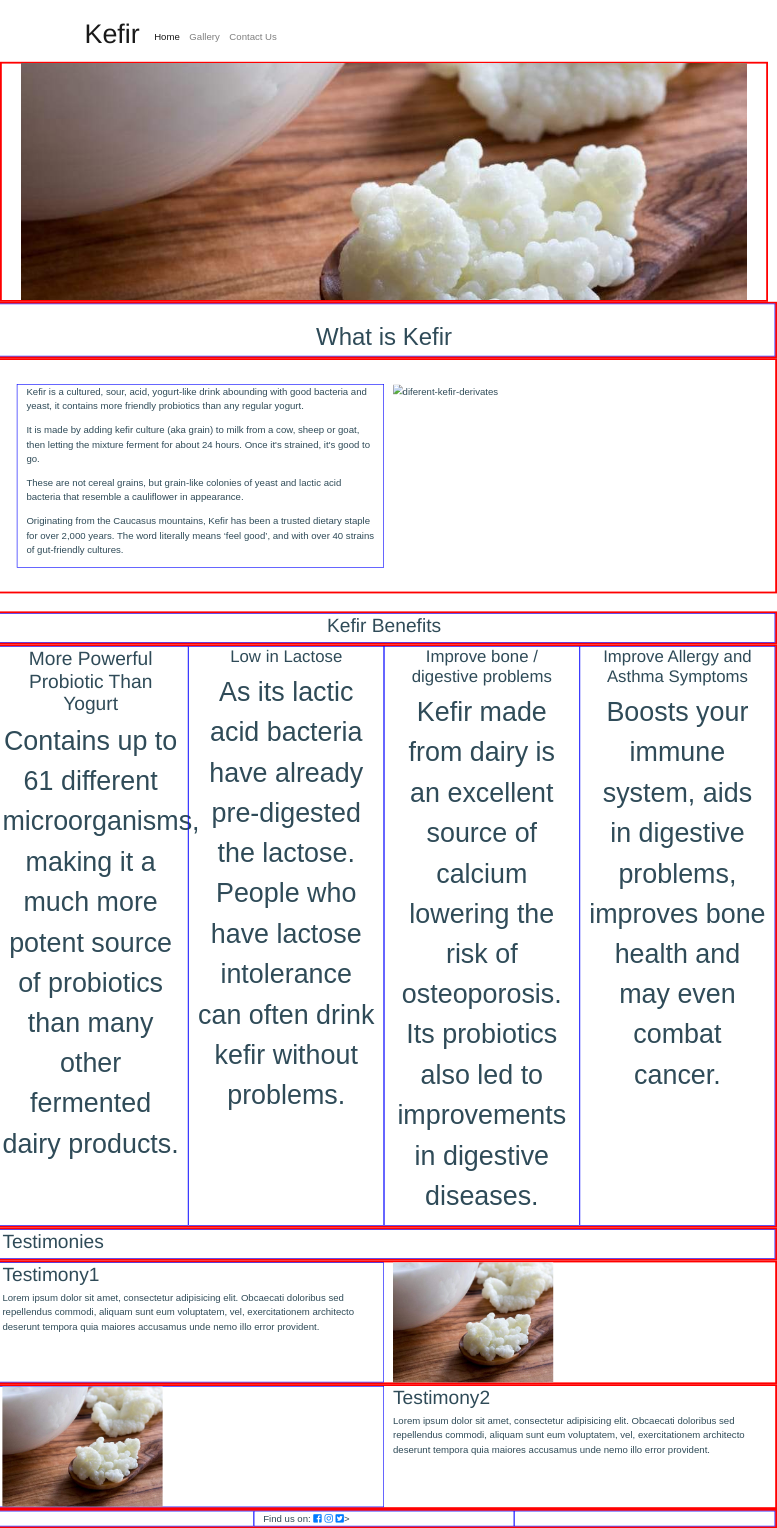
Repository: Code-Institute-Submissions/andna5980-kefir-repo_JuneResub
Page: index.html
An editor plug-in stored every save of this project. The page is shown before and after the next save, followed by the edit.
The browser window is 1280 px wide. The page is 1295 px wide, so the pictures cover 1295 px, including what lies to the right of the window. The pictures show the whole page, at 60% of full size.
Some web fonts or font styles are not loaded; a fallback is used. Some web libraries are served in a nearby version.

Above is the page before, as saved 2021-03-01 20:50:02.

After the next save:
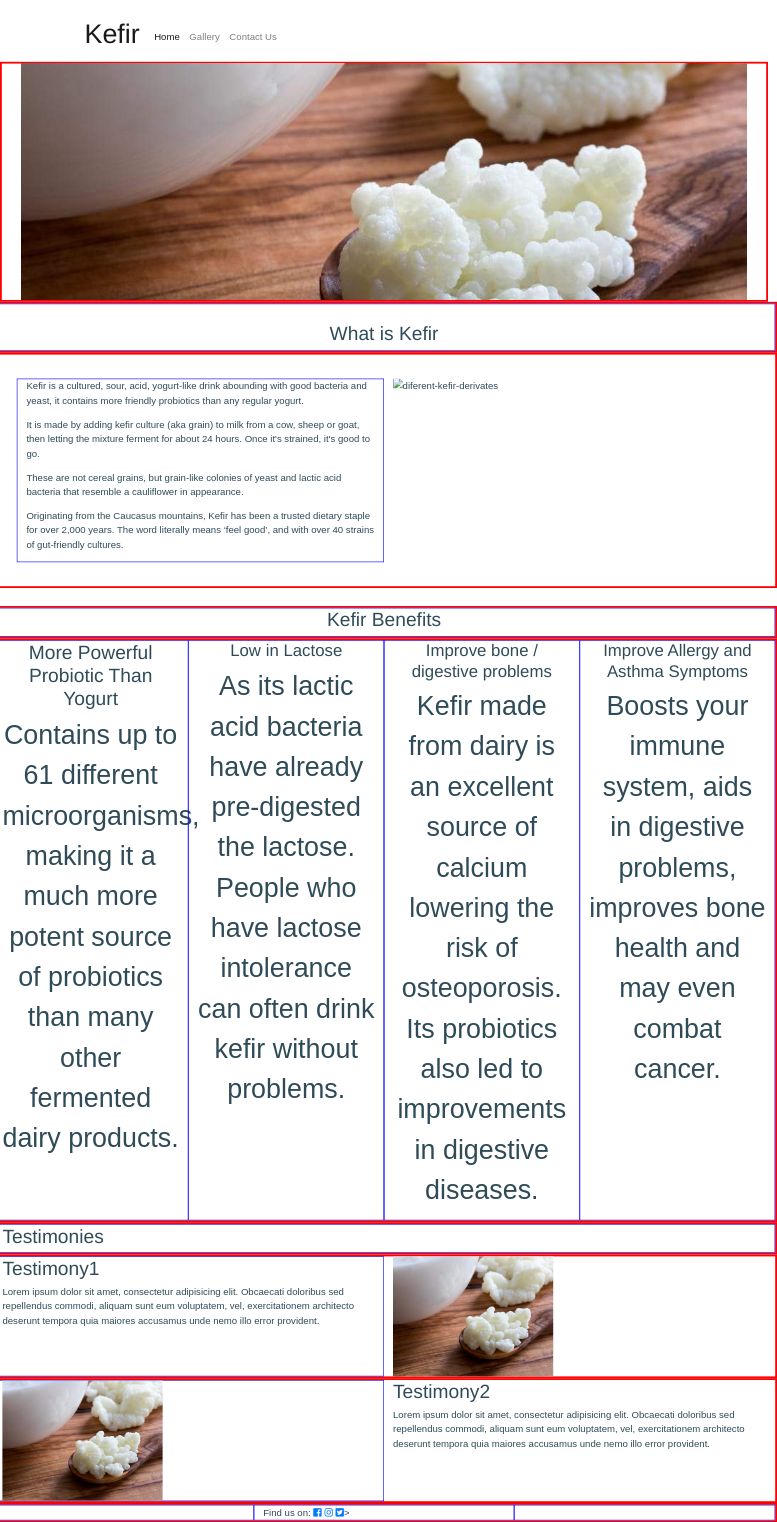
Saved 19 s later.
--- a/index.html
+++ b/index.html
@@ -54,7 +54,7 @@
   <section>
     <div class="test-red row">
       <div class="welcome-text test-blue col-12">
-        <h1>What is Kefir</h1>
+        <h2>What is Kefir</h2>
       </div>
     </div>
 
